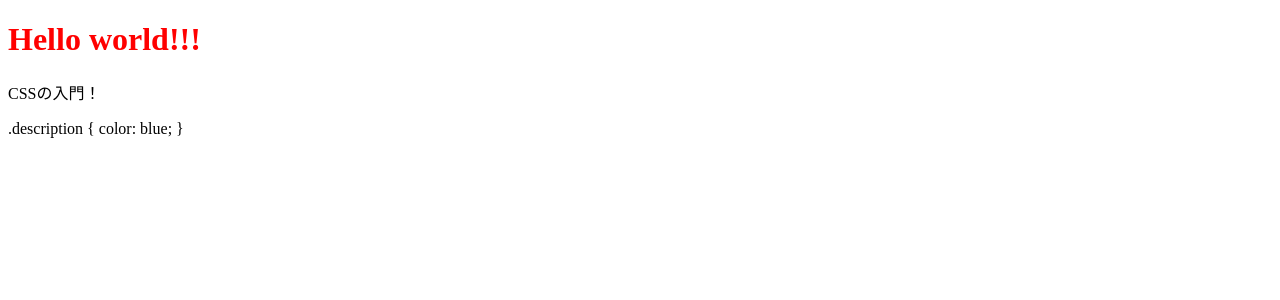
Repository: shimada-ryusuke/sample2
Page: html/css_intro.html
The author's editor kept a record of every edit. The page is drawn from the files as they stood at one moment, then again after the next edit.
The browser window is 1280 px wide. The pictures show the whole page.

Above is the page before.

After the next edit:
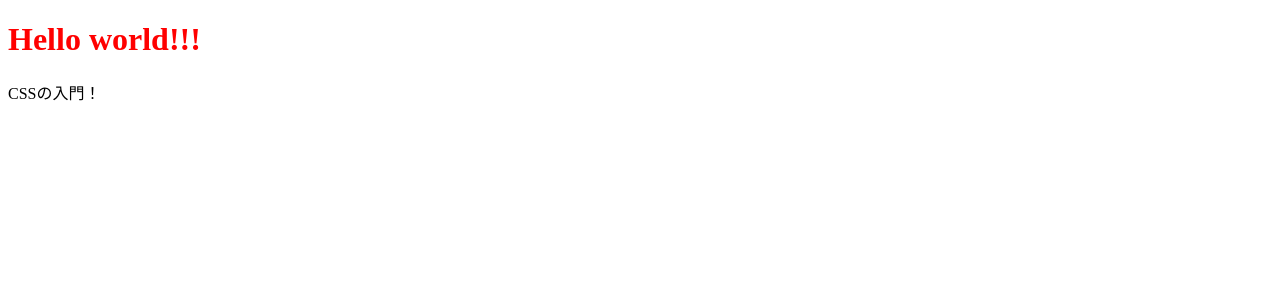
The edit:
--- a/html/css_intro.html
+++ b/html/css_intro.html
@@ -14,9 +14,7 @@
     <h1 id="title">Hello world!!!</h1>
 
     <p class="description">CSSの入門！</p>
-    .description {
-      color: blue;
-      }
+
 
   </body>
 </html>
